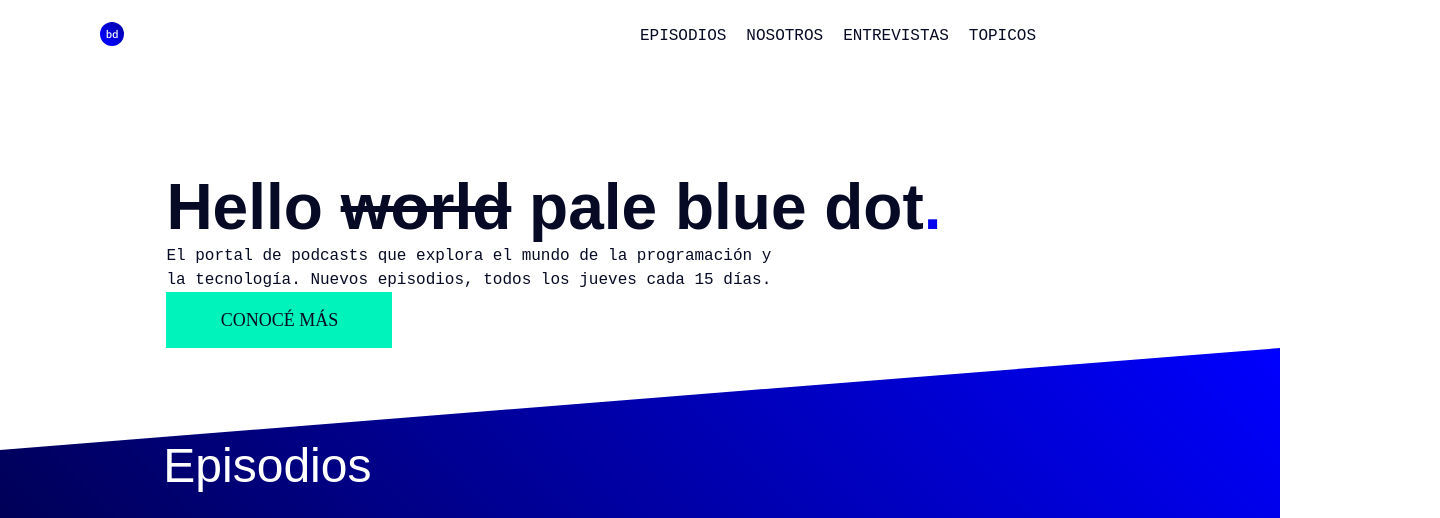
Repository: FedeGA93/podcast
Page: index.html
The author's editor kept a copy of each file at every save. The page is drawn from the files as they stood at one save, then again after the next save.
The browser window is 1280 px wide. The page is 1440 px wide, so the pictures cover 1440 px, including what lies to the right of the window. The pictures show the part of the page from y = 0 to 518 px (the page is 3205 px tall before and 3282 px after).
Pictures or frames that could not be fetched are drawn as grey boxes. Some web fonts or font styles are not loaded; a fallback is used. Some web libraries are served in a nearby version.

Above is the page before, as saved 2019-11-26 15:56:33.

### index.html
<!DOCTYPE html>
<html lang="es">

<head>
    <meta charset="UTF-8">
    <meta name="viewport" content="width=device-width, initial-scale=1.0">
    <meta http-equiv="X-UA-Compatible" content="ie=edge">
    <title>BlueDot</title>
    <link rel="stylesheet" href="styles/styles.css">
    <link href="https://fonts.googleapis.com/css?family=IBM+Plex+Mono/IBM+Plex+Sans:400,400i,500,600&display=swap"
        rel="stylesheet">
    <link rel="stylesheet" href="https://cdnjs.cloudflare.com/ajax/libs/font-awesome/5.11.2/css/all.css">
    <link rel="shortcut icon" href="images/logo.ico" type="image/x-icon">
    <link rel="icon" href="images/logo.ico" type="image/x-icon">
</head>

<body>
    <header>
        <div class="menu">
            <div>
                <img src="images/logo.svg" alt="Logo del podcast" class="responsive-logo">
            </div>
            <div class="container">
                <nav>
                  <!-- DEsde acá-->
                    <input type="checkbox" id="transformacion" />
                    <label for="transformacion">
                        <span class="barras-negras-hamburger bar1"></span>
                        <span class="barras-negras-hamburger bar2"></span>
                        <span class="barras-negras-hamburger bar3"></span>
                    </label>
                    <!--Hasta acá es lo que tengo que copiar-->
                    <ul class="menu-child">
                        <li><a class="color-letras" href="#epi">EPISODIOS</a></li>
                        <li><a class="color-letras" href="#nos">NOSOTROS</a></li>
                        <li><a class="color-letras" href="#ent">ENTREVISTAS</a></li>
                        <li><a class="color-letras" href="#topi">TOPICOS</a></li>
                    </ul>
                </nav>
            </div>
        </div>
    </header>
    <main class="first-box">
        <div class="main-child">
            <h1>Hello <s>world</s> pale blue dot<strong class="strong-dot">.</strong></h1>
        </div>
        <div class="main-child">
            <p class="parrafos-general">El portal de podcasts que explora el mundo de la programación y <br> la
                tecnología.
                Nuevos episodios, todos los jueves cada 15 días.</p>
        </div>
        <div class="main-child">
            <article>
                <p><a class="btn cnmas" href="#nos">CONOCÉ MÁS</a></p>
            </article>
        </div>
    </main>
    <section>
        <article class="fondo-azul-gradiente sec">
            <div class="corteuno"></div>
            <div class="cortedos"></div>
            <div>
                <p class="color-blanco pad" id="epi">Episodios</p>
            </div>
            <div class="flex-spotify">
                <iframe src="https://open.spotify.com/embed-podcast/show/2ySVrxGkN6n6frMTo9Nsrt"
                    allowtransparency="true" frameborder="0" allow="encrypted-media"></iframe>
                <iframe src="https://open.spotify.com/embed-podcast/show/4kYCRYJ3yK5DQbP5tbfZby"
                    allowtransparency="true" frameborder="0" allow="encrypted-media"></iframe>
                <iframe src="https://open.spotify.com/embed-podcast/episode/2VHYWRX1mHcZQS89y3z2Xv" frameborder="0"
                    allowtransparency="true" allow="encrypted-media"></iframe>
                <iframe src="https://open.spotify.com/embed-podcast/show/2Iibd5A6R7mxkCm4NwNmUn"
                    allowtransparency="true" frameborder="0" allow="encrypted-media"></iframe>
            </div>
        </article>
    </section>
    <section>

        <div class="informacion">
            <article>
                <img src="images/phone.png" alt="El podcast en un telefono" class="phone">
            </article>
            <article>
                <h2 class="color-negro" id="nos">De dónde venimos</h2>

                <p class="parrafos-general limit-text">Our posturings, our imagined self-importance, the delusion that
                    we
                    have some
                    privileged position in the Universe, are challenged by this point of pale light. </p> <br>

                <p class="parrafos-general limit-text">
                    Our planet is a lonely speck in the great enveloping cosmic dark. In our obscurity, in all this
                    vastness, there is no hint that help will come from elsewhere to save us from ourselves.</p>

            </article>
        </div>

    </section>
    <section>
        <h2 class="color-negro paddie" id="ent">
            Invitadas/os Estelares
        </h2>

        <div class="photo-box">
            <img src="images/grace-hopper.png" alt="Foto de Grace Hopper" class="photos">
            <img src="images/Katie-Bouman.png" alt="Foto de Katie Bouman" class="photos">
            <img src="images/Margaret_Hamilton.png" alt="Margaret Hamilton" class="photos">
            <img src="images/computadora1950.png" alt="Una computadora del año 1950" class="photos">
            <img src="images/computadoraprogramable.png" alt="La primera computadora programable del mundo"
                class="photos">
            <img src="images/susan-kare.png" alt="Foto de Susan Kare" class="photos">

        </div>
    </section>
    <section class="top">
        <h2 class="color-negro center-text" id="topi">Algunos de nuestros temas</h2>
        <div>
            <section class="alineado">
                <article>
                    <img src="images/icon1.svg" alt="Una computadora que demuestra el trabajo remoto"
                        class="theme-size">
                    <p class="temas">Trabajo remoto</p>
                </article>
                <article>
                    <img src="images/icon2.svg" alt="Una cabeza pensando" class="theme-size">
                    <p class="temas">Repensando la programación</p>
                </article>

                <article>
                    <img src="images/icon3.svg" alt=" Un libro de código" class="theme-size">
                    <p class="temas">Bases de código</p>
                </article>

                <article>
                    <img src="images/icon4.svg" alt="Logo de seguridad" class="theme-size">
                    <p class="temas">Seguridad informática</p>
                </article>
            </section>
        </div>
    </section>
    <section>
        <div class="fondo-azul-gradiente secfoot">
            <div class="corteuno"></div>
            <article>
                <h2 class="color-blanco center-text">
                    ¿Querés las últimas novedades?
                </h2>
            </article>

            <article>
                <p> <a class="btn ele" href="#epi">ESCUCHÁ LOS EPISODIOS</a> </p>
            </article>

        </div>
    </section>

    <footer>
        <div class="flex-end">
            <h3 class="informacion">© 2019— Hello blue pale dot </h3>
            <article>
                <i class="fab fa-spotify"></i>
                <a href="https://twitter.com/w3c"> <i class="fab fa-twitter"></i></a>
                <i class="fab fa-instagram"></i>
                <i class="fab fa-facebook"></i>
            </article>
        </div>
    </footer>
</body>

</html>

### styles/styles.css
* {
  margin: 0;
  padding: 0;
  border: 0;
  box-sizing: content-box;
}

.menu {
  display: flex;
  flex-flow: row;
  justify-content: space-between;
  padding: 22px 244px 120px 100px;
  position: static;
  top: 0;
  overflow: hidden;
}
.menu-child {
  display: flex;
  flex-flow: row wrap;
  text-decoration: none;
  list-style-type: none;
  justify-content: flex-end;
  text-indent: 20px;
}

.first-box {
  display: flex;
  flex-flow: column;
  padding: 0 13%;
}
.main-child {
  justify-content: center;
}
.color-letras:active {
  color: RGBA(6, 10, 36, 0.53);
}
.color-letras:hover {
  color: #00f3bb;
  text-decoration: line-through;
}
.color-letras {
  font-family: "IBM Plex Mono", monospace;
  font-size: 16px;
  color: #060a24;
  letter-spacing: 0;
  line-height: 28px;
  text-decoration: none;
}

h1 {
  font-family: "IBM Plex Sans", sans-serif;
  font-size: 64px;
  color: #060a24;
  letter-spacing: 0;
}
.strong-dot {
  font-family: "IBM Plex Sans", sans-serif;
  font-size: 64px;
  color: #0000ec;
  letter-spacing: 0;
}
.parrafos-general {
  font-family: "IBM Plex Mono", monospace;
  font-size: 16px;
  color: #060a24;
  letter-spacing: 0;
  line-height: 24px;
}

input {
  display: none;
}

.sec {
  position: relative;
  width: 100%;
  height: 124vh;
  overflow: hidden;
}
.secfoot {
  display: flex;
  justify-content: center;
  align-items: center;
  flex-direction: column;
  position: relative;
  width: 100%;
  height: 50vh;
  overflow: hidden;
}
.fondo-azul-gradiente {
  background-image: linear-gradient(225deg, #0000ff 0%, #000003 100%);
}

/* Cortes del fondo */

.corteuno {
  position: absolute;
  top: 0;
  left: 0;
  border-width: 0 0 8vw 100vw;
  border-style: solid;
  border-color: transparent #fff transparent;
}
.cortedos {
  position: absolute;
  bottom: 0;
  left: 0;
  border-width: 0 0 10vw 100vw;
  border-style: solid;
  border-color: transparent transparent #fff;
}

.color-blanco {
  font-family: 'IBM Plex Sans', sans-serif;
  font-size: 48px;
  color: #ffffff;
  letter-spacing: 0;
}.color-negro {
  font-family: "IBM Plex Sans", sans-serif;
  font-size: 48px;
  color: #060a24;
  letter-spacing: 0;
}
.informacion {
  display: flex;
  justify-content: flex-start;
  flex-direction: row;


}

.btn {
  display: flex;
  align-items: center;
  justify-content: center;
  background-color: #00f3bb;
  font-family: "IBMPlexMono", Medium;
  font-size: 18px;
  color: #060a24;
  letter-spacing: 0;
  text-align: center;
  line-height: 24px;
  text-decoration: none;
}
.btn:hover,
.btn:focus {
  background-image: linear-gradient(225deg, #0000fe 0%, #00f0b8 100%);
  color: #ffffff;

}
.cnmas{
  height: 56px;
  width: 226px;
}
.ele{
  width: 345px;
  height: 56px;

}

.flex {
  display: flex;
  flex-direction: row;
  flex-wrap: nowrap;
  justify-content: space-between;
}
.pad {
  padding:7% 12.76% 0;
}
.flex-spotify {
  display: flex;
  flex-flow: row wrap;
  padding: 2% 8% ;
}
.temas {
  font-family: "IBMPlexSans";
  font-weight: 600;
  font-size: 24px;
  color: #060a24;
  letter-spacing: 0;
  text-align: center;
}

.alineado {
  display: flex;
  flex-flow: row;
  justify-content: space-evenly;
  text-align: center;
}
.phone {
  position: relative;
  top: -311px;
  height: 660px;
  width: 457.6px;
  padding: 200px 64px 0 200px;
}
iframe {
  padding: 0 72px 72px 0;
  position: relative;
  z-index: 1;
  width:44%;
  height: 232px ;

}

.paddie {
  margin: -267px 0 36px 200px;
  z-index: 1;
}
.photos {
  width: 480px;
  height: 364px;
}
.photo-box {
  width:fit-content;
  display: grid;
  grid-template-columns: repeat(3, 0fr);
  grid-template-rows: repeat(2, min(25vw));
}
.limit-text{
  width: 54%;
}
.theme-size{
  width: 104px;
  height: 104px;
}
.top{
  margin-top:5%;
}
.flex-end{
  display: flex;
  flex-direction: row;
  justify-content: space-between;
}
.header-style{
  padding: 3%;
  background-image: linear-gradient(225deg, #0000ff 0%, #000003 100%);
}
/*
  ***************************************************
    ***********************************************
      ********************************************
        ****************************************
        *****************MOBILE*****************
        ****************************************
      ********************************************
     **********************************************
   **************************************************
 */

@media screen and (max-width: 600px) {
  * {
    margin: 0px;
    padding: 0;
    border: 0;
  }
  .barra-navegadora {
    display: none;
  }
  .menu{
    padding: 0px;
  }
  .seccion {
    width: 100%;
  }

  .responsive-logo {
    margin: 2.2% 87.5% 1.2% 2%;
  }
  .menu-child {
    display: none;
  }
  .menu-child:hover {
    display: block;
  }
  #burger {
    display: flex;
    justify-content: flex-end;
  }
  h1 {
    font-family: "IBM Plex Sans", sans-serif;
    font-size: 36px;
    color: #060a24;
    letter-spacing: 0;
    line-height: 42px;
  }

  p.parrafos-general {
    font-family: "IBM Plex Mono", monospace;
    font-size: 14px;
    color: #060a24;
    letter-spacing: 0;
    line-height: 22px;
  }
    h2.color-blanco {
    font-family: "IBM Plex Sans", sans-serif;
    font-size: 36px;
    color: #ffffff;
    letter-spacing: 0;
    line-height: 42px;
  }
  h2.color-negro {
    font-family: "IBM Plex Sans", sans-serif;
    font-size: 36px;
    color: #060a24;
    letter-spacing: 0;
    line-height: 42px;
  }
  .cnmas {
    height: 48px;
    width: 100%;
  }
  .barras-negras-hamburger {
    display: block;
    width: 33px;
    height: 4px;
    margin-bottom: 5px;
    position: relative;
    background: black;
    border-radius: 3px;
  }
  .sec{
    height: 160vh;
  }
  .secfoot{
    height: 40vh;
  }
  .center-text{
    text-align: center;
  }
  .phone{
    top:-60px;
    padding: 0 0 0 9%;
    width: 360px;
    height: 519px;

  }
  .photo-box{
    grid-template-columns: repeat(1, 0);
    grid-template-rows: repeat(1, 16.5%);
  }
  .paddie{
    margin: 0;
  }
  .photos{
    height: auto;
    width: 100vw;
  }
  iframe{
    padding: 1%;
    width: auto;
  }
  .informacion{
    flex-direction: column;
  }
  .alineado{
    flex-direction: column;
  }
  .flex-spotify{
    padding: 2% 15%;
  }
  /* A partir de acá*/

input[type="checkbox"]:checked ~ label > span.bar1 {
  -webkit-transform: rotate(-45deg) translate(-9px, 6px);
  transform: rotate(-45deg) translate(-9px, 6px);
  transition-delay: 0.1s;
}
input[type="checkbox"]:checked ~ label > span.bar2 {
  opacity: 0;
}
input[type="checkbox"]:checked ~ label > span.bar3 {
  -webkit-transform: rotate(45deg) translate(-8px, -8px);
  transform: rotate(45deg) translate(-8px, -8px);
  transition-delay: 0.1s;
}
input[type="checkbox"]:checked ~ .menu-child {
  background-color: blue;
  display: flex;
  flex-direction: column;
  align-content: flex-start;
  margin: auto;
  padding: initial;
  transition: all 10s;

}
.container {
  display: block;
  cursor: pointer;
}

input {
  display: none;
}
/* hasta acá*/
}
/*
  ***************************************************
    ***********************************************
      ********************************************
        ****************************************
         ***************TABLET*****************
        ****************************************
      ********************************************
     **********************************************
   **************************************************
 */

After the next save:
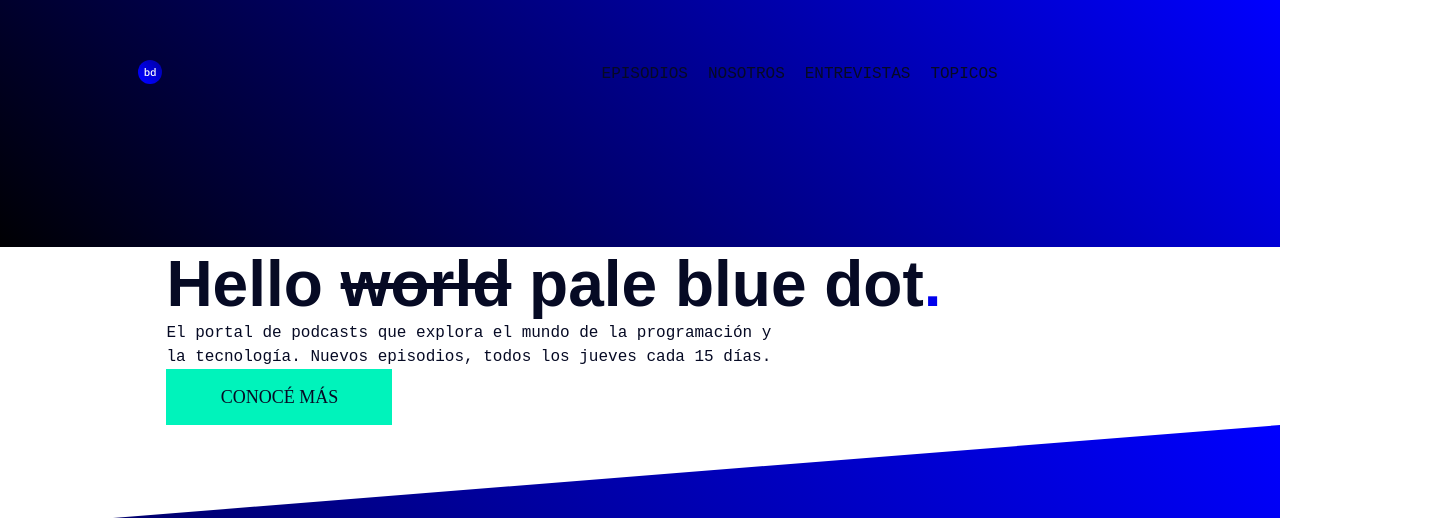
Saved 17 s later.
--- a/index.html
+++ b/index.html
@@ -15,7 +15,7 @@
 </head>
 
 <body>
-    <header>
+    <header class="header-style">
         <div class="menu">
             <div>
                 <img src="images/logo.svg" alt="Logo del podcast" class="responsive-logo">

After the save that followed:
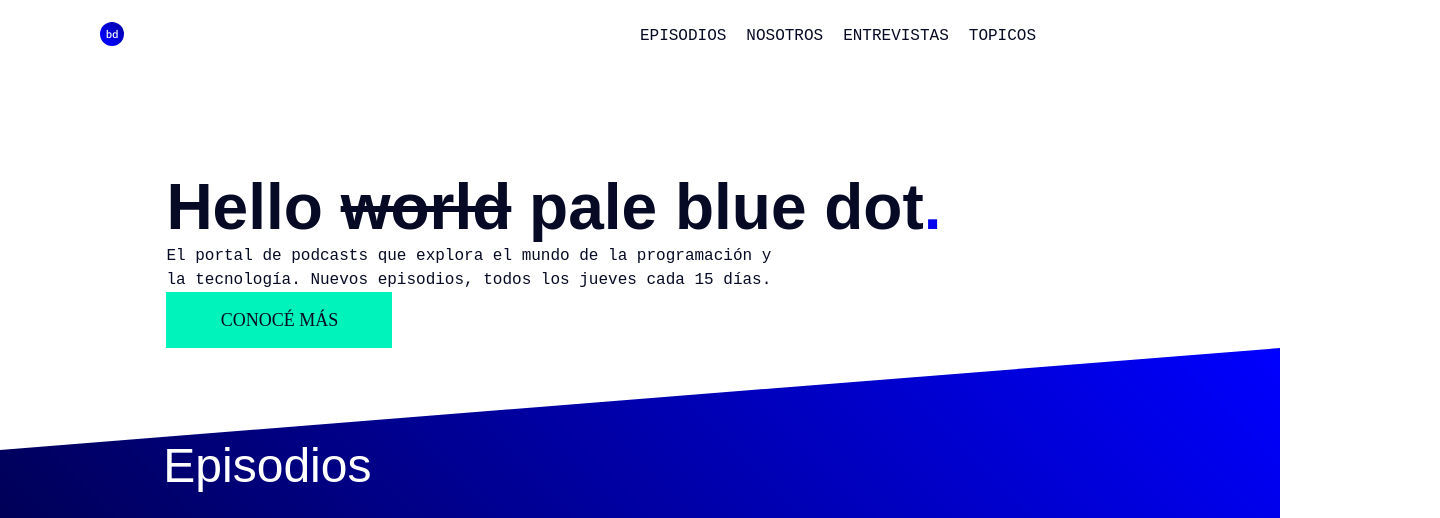
Saved 103 s later.
--- a/styles/styles.css
+++ b/styles/styles.css
@@ -231,10 +231,6 @@ iframe {
   display: flex;
   flex-direction: row;
   justify-content: space-between;
-}
-.header-style{
-  padding: 3%;
-  background-image: linear-gradient(225deg, #0000ff 0%, #000003 100%);
 }
 /*
   ***************************************************
